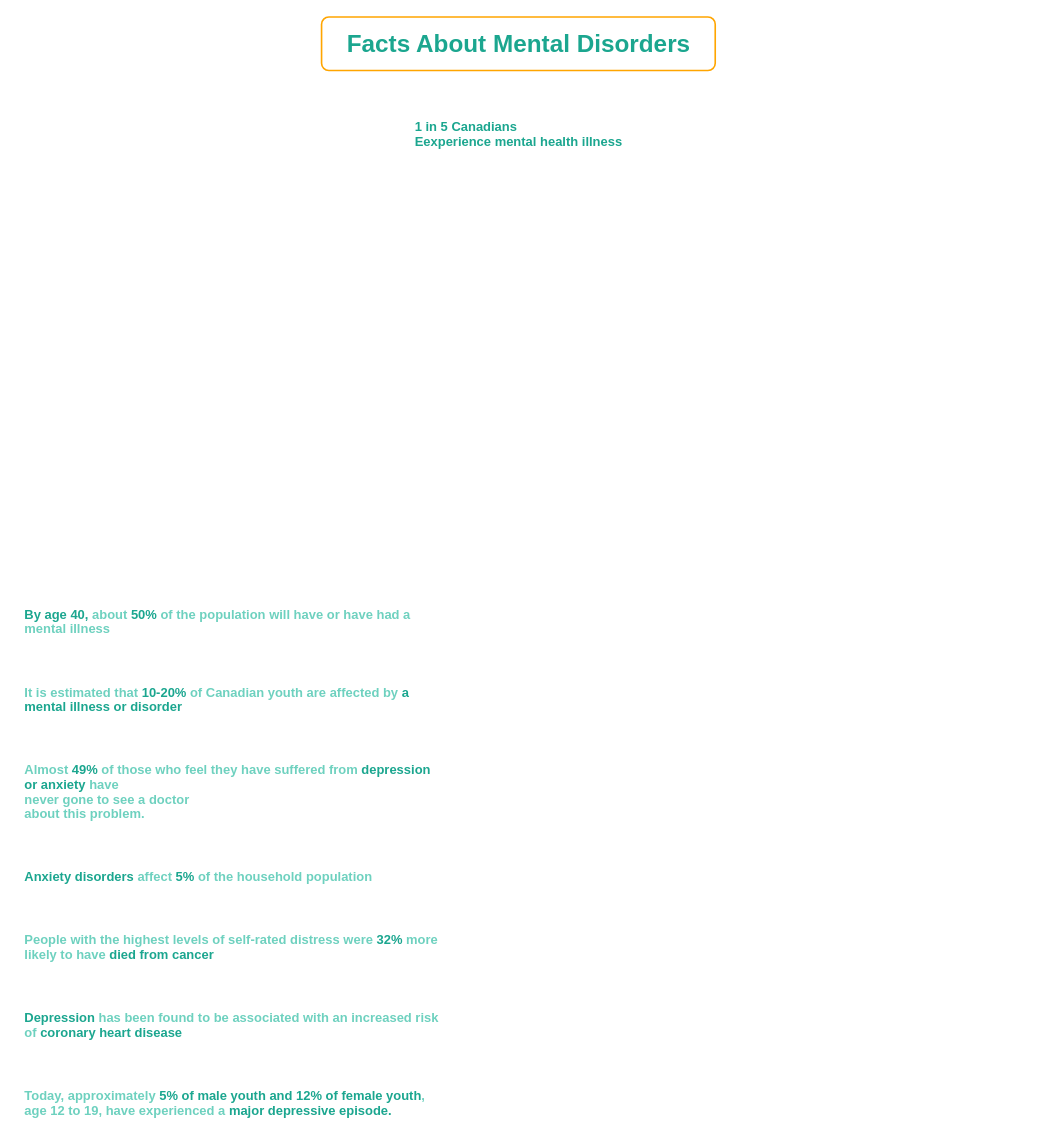
Repository: zzs1/2109-Dynamic-Content-Project
Page: joyce_code/index.html
These files come from the project's save history. The page is drawn as it stood at one moment and after the next save; the edit follows.
The browser window is 1280 px wide. The pictures show the whole page, at 81% of full size.
Some web fonts or font styles are not loaded; a fallback is used.

Above is the page before, as saved 2021-03-08 20:51:13.
Console error: TypeError: Cannot read properties of null (reading 'innerHTML')

After the next save:
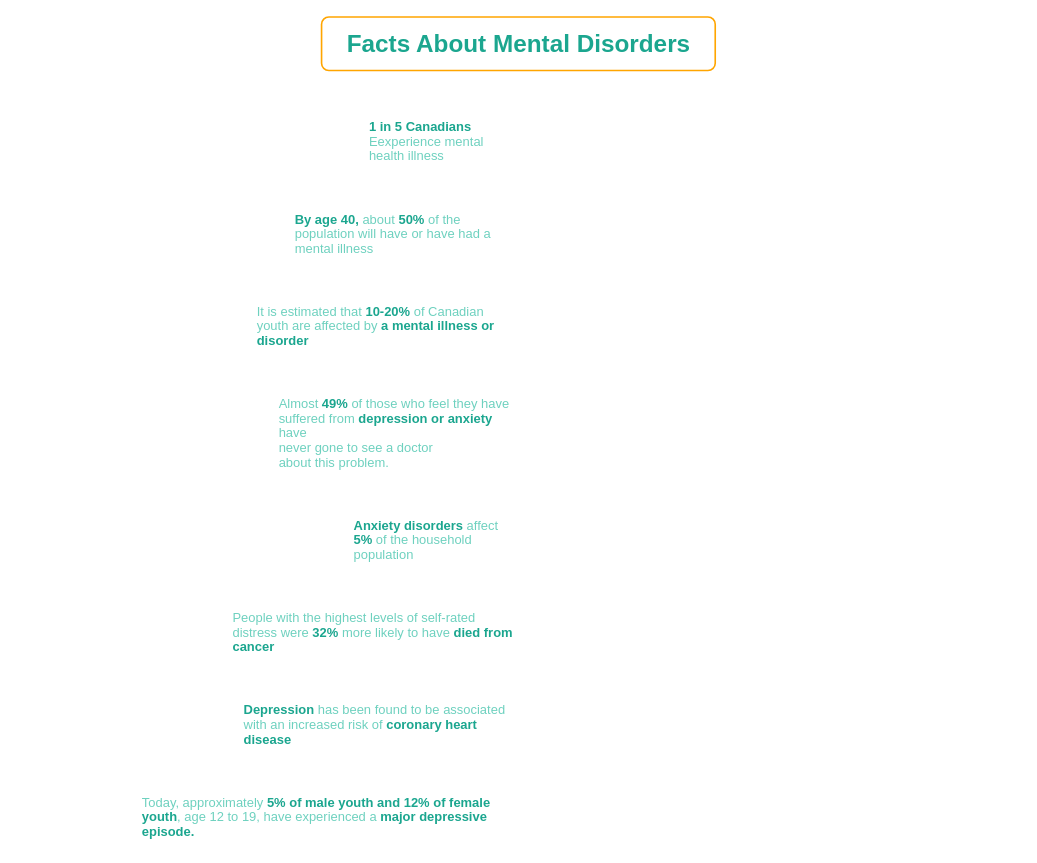
Saved 5 s later.
--- a/joyce_code/index.html
+++ b/joyce_code/index.html
@@ -12,7 +12,7 @@
         <h3 id="heading"> Facts About Mental Disorders </h3>
 
         <div class="boxes" id="box1">
-              <div class="text"><strong class="keyword">1 in 5 Canadians</div> Eexperience mental health illness  </div>
+              <div class="text"><strong class="keyword">1 in 5 Canadians</strong> Eexperience mental health illness  </div>
               <div class="pic"></div>
         </div>
 
